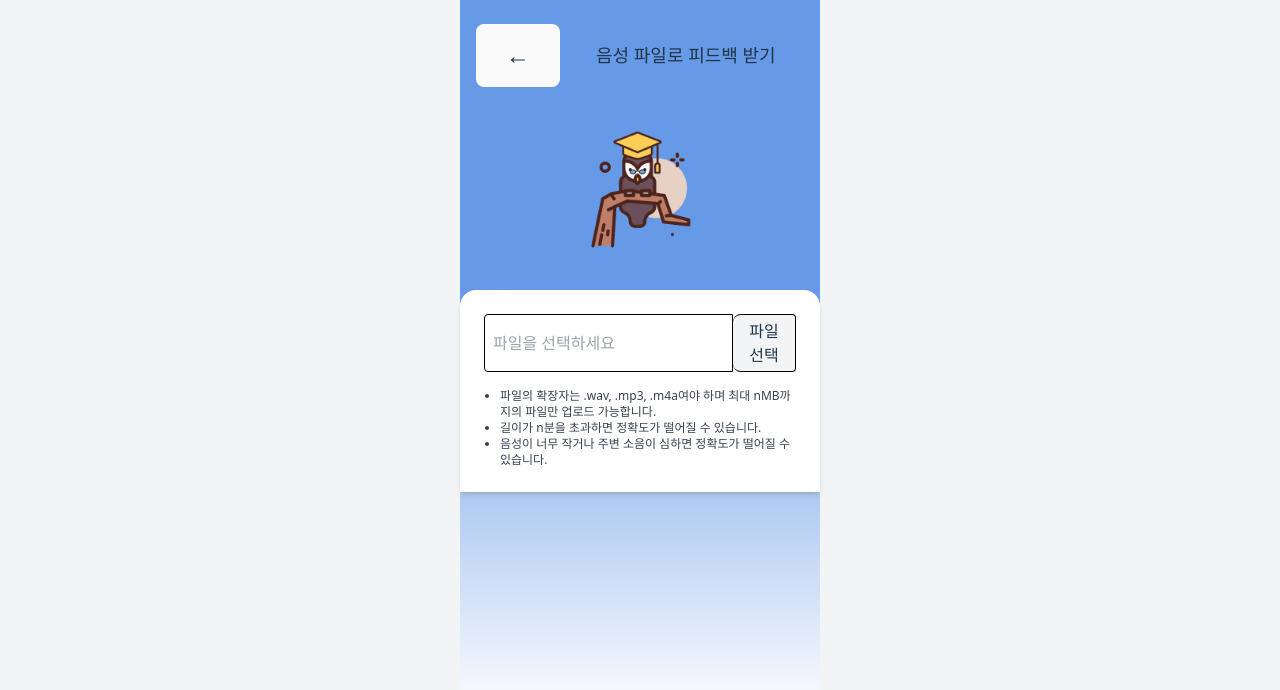
Repository: yurim1205/mini_front
Page: /file (app in frontend/)
These files come from the project's save history. The page is drawn as it stood at one moment and after the next save; the edit follows.
The browser window is 1280 px wide. The pictures show the whole page.
The project was rebuilt for these pictures with package versions that can differ from the ones it lists, and the page was loaded fresh each time. Also part of the build but not shown: frontend/vite.config.js, frontend/src/components/common/Button.jsx, frontend/src/components/buttons/fileFeedbackBtn.jsx, frontend/src/components/buttons/rec_FeedbackBtn.jsx, frontend/src/pages/home.jsx.

Above is the page before, as saved 2025-05-13 17:28:49.

After the next save:
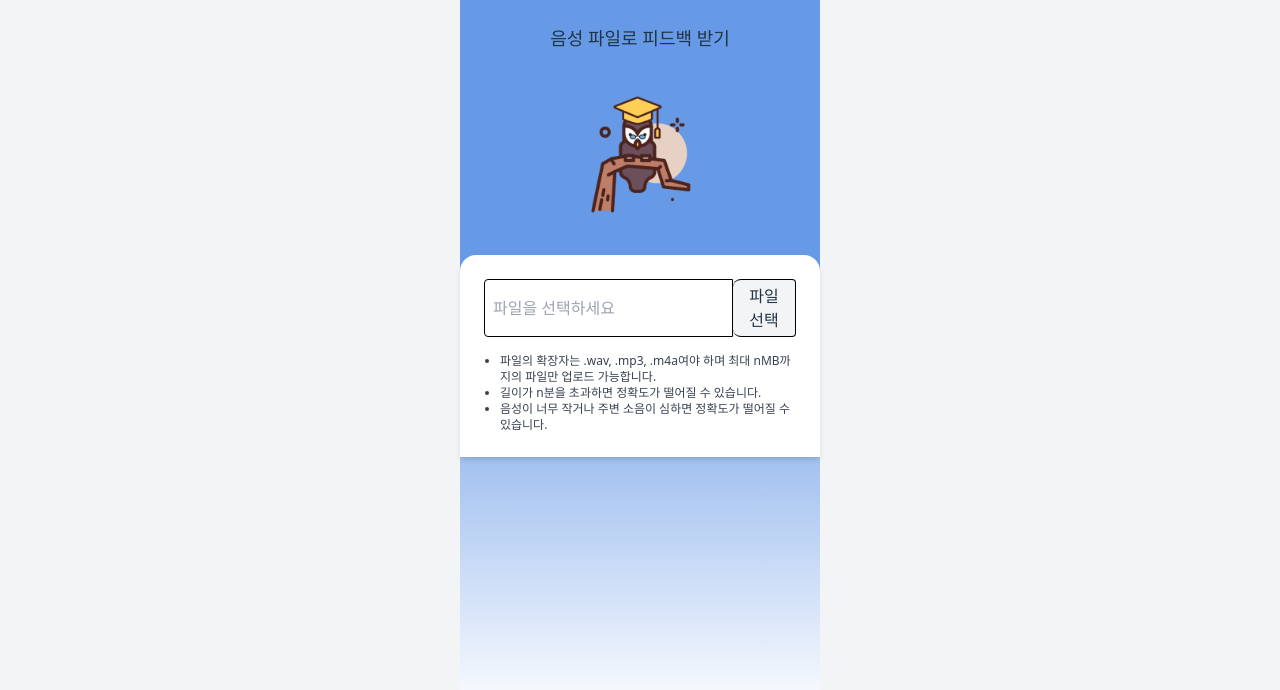
Saved 54 s later.
--- a/frontend/src/pages/fileFeedback.jsx
+++ b/frontend/src/pages/fileFeedback.jsx
@@ -15,7 +15,7 @@
       >
         {/* 상단: 뒤로가기 + 타이틀 */}
         <div className="flex items-center w-full px-4 pt-6">
-          <button onClick={() => navigate(-1)} className="text-2xl mr-2">{'←'}</button>
+          {/* <button onClick={() => navigate(-1)} className="text-2xl mr-2">{'←'}</button> */}
           <span className="text-lg font-semibold mx-auto">음성 파일로 피드백 받기</span>
         </div>
 
